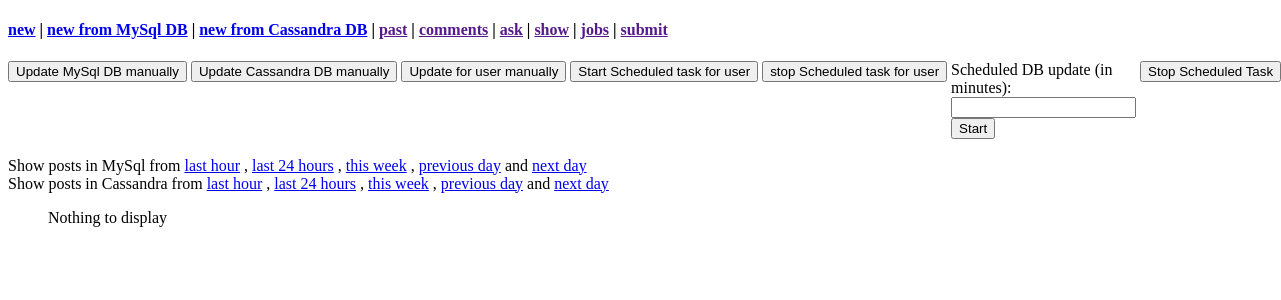
Repository: akshatmaheshwar/HackerNews-Clone
Page: http://localhost/HackerNews/dbnewest
These files come from the project's save history. The page is drawn as it stood at one moment and after the next save; the edit follows.
The browser window is 1280 px wide. The page is 1281 px wide, so the pictures cover 1281 px, including what lies to the right of the window. The pictures show the whole page.
The page is served by Tomcat 10. Other server files are loaded and not shown. Queries for data that is not in the repository find no rows.

Above is the page before, as saved 2023-10-19 05:51:56.

### HackerNews/src/main/webapp/newest.jsp
<%@ page language="java" contentType="text/html; charset=ISO-8859-1"
    pageEncoding="ISO-8859-1"%>
    <%@ page import="java.util.ArrayList" %>
    <%@ page import="java.util.Iterator" %>
    <%@ page import="java.net.URI" %>
    <%@ page import="java.util.Calendar"%>
    <%@ page import="com.example.newest.Posts" %>
<!DOCTYPE html>
<html>
<head>
<meta charset="ISO-8859-1">
<title>Hacker News</title>
</head>
<body>
<%!
String timeDiff(Long timeStamp){
	long epoch = System.currentTimeMillis()/1000;
	long difference = epoch - timeStamp;
	if(difference/86400>0)return (difference/86400) + " days ago";
	if(difference/3600>0) return (difference/3600) + " hours ago";
	if (difference/60>0) return (difference/60) + " minutes ago";
	return (difference) + " seconds ago";
}
String getDomainName(String url){
	URI uri;
	try{
		uri = new URI(url);
		String host = uri.getHost();
		String domainName = host.startsWith("www.") ? host.substring(4) : host;
		return "(" + domainName + ")";
	}catch(Exception e){

	}
	return "";
}
long getTimeStampLastHour(){
	Calendar c = Calendar.getInstance();
	c.setTimeInMillis(System.currentTimeMillis());
	c.add(Calendar.HOUR_OF_DAY,-1);
	return c.getTimeInMillis()/1000;
}
long getTimeStampLast24Hour(){
	Calendar c = Calendar.getInstance();
	c.setTimeInMillis(System.currentTimeMillis());
	c.add(Calendar.DAY_OF_MONTH,-1);
	return c.getTimeInMillis()/1000;
}
long getTimeStampThisWeek(){
	Calendar c = Calendar.getInstance();
	c.setTimeInMillis(System.currentTimeMillis());
    int daysUntilSunday = Calendar.SUNDAY - c.get(Calendar.DAY_OF_WEEK);
    daysUntilSunday = daysUntilSunday>0? daysUntilSunday - 7:daysUntilSunday;
    c.add(Calendar.DAY_OF_MONTH, daysUntilSunday);
    c.set(Calendar.HOUR_OF_DAY, 0);
    c.set(Calendar.MINUTE, 0);
    c.set(Calendar.SECOND, 0);
    c.set(Calendar.MILLISECOND, 0);
	return c.getTimeInMillis()/1000;
}
long getMidNight(int n){
	Calendar c = Calendar.getInstance();
	c.setTimeInMillis(System.currentTimeMillis());
	c.add(Calendar.DAY_OF_MONTH, n);
    c.set(Calendar.HOUR_OF_DAY, 0);
    c.set(Calendar.MINUTE, 0);
    c.set(Calendar.SECOND, 0);
    c.set(Calendar.MILLISECOND, 0);
	return c.getTimeInMillis()/1000;
}
%>
<h4> <a href ="newest">new</a>&nbsp;|&nbsp;<a href ="dbnewest">new from MySql DB</a>&nbsp;|&nbsp;<a href ="casdbnewest">new from Cassandra DB</a>&nbsp;|&nbsp;<a href ="">past</a>&nbsp;|&nbsp;<a href ="">comments</a>&nbsp;|&nbsp;<a href ="">ask</a>&nbsp;|&nbsp;<a href ="">show</a>&nbsp;|&nbsp;<a href ="">jobs</a>&nbsp;|&nbsp;<a href ="">submit</a></h4>
<% int startNo = 1;
int dateNav = 0;
String user = null;
if(request.getAttribute("pagination")!=null)startNo = (int)request.getAttribute("pagination")-29;
if(request.getAttribute("datenav")!=null)dateNav = (int)request.getAttribute("datenav");
if(request.getAttribute("user")!=null) user = (String)request.getAttribute("user");%>
	<div style="display: flex;">
	<form action="dbnewest" method="post"><input type="submit" value="Update MySql DB manually"></form> &nbsp; &nbsp;
	<form action="casdbnewest" method="post"><input type="submit" value="Update Cassandra DB manually"></form> &nbsp; &nbsp;
	<form action="casdbbasedonuser?user=<%=user%>" method="post"><input type="submit" value="Update for user manually"></form> &nbsp; &nbsp;
	<form action="scheduleddbupdatebyuser?user=<%=user%>" method="post"><input type="submit" value="Start Scheduled task for user"></form> &nbsp; &nbsp;
	<form action="stopscheduleddbupdatebyuser?user=<%=user%>" method="post"><input type="submit" value="stop Scheduled task for user"></form> &nbsp; &nbsp;
	<form action="scheduledservlet" method="post">
        Scheduled DB update (in minutes): <input type="text" name="intervalMinutes" required>
        <input type="submit" value="Start">
    </form> &nbsp; &nbsp;
    <form action="stopscheduledservlet" method="post"><input type="submit" value="Stop Scheduled Task"></form></div>

    <br>
    <div>Show posts in MySql from <a href = "dbnewest?fromtime=<%=getTimeStampLastHour()%>">last hour</a> , <a href = "dbnewest?fromtime=<%=getTimeStampLast24Hour()%>">last 24 hours</a> , <a href = "dbnewest?fromtime=<%=getTimeStampThisWeek()%>">this week</a> , <a href = "dbnewest?fromtime=<%=getMidNight(dateNav-1)%>&totime=<%=getMidNight(dateNav)%>&datenav=<%=dateNav-1%>">previous day</a> and <a href = "dbnewest?fromtime=<%=getMidNight(dateNav+1)%>&totime=<%=getMidNight(dateNav+2)%>&datenav=<%=dateNav+1%>">next day</a></div>
    <div>Show posts in Cassandra from <a href = "casdbnewest?fromtime=<%=getTimeStampLastHour()%>">last hour</a> , <a href = "casdbnewest?fromtime=<%=getTimeStampLast24Hour()%>">last 24 hours</a> , <a href = "casdbnewest?fromtime=<%=getTimeStampThisWeek()%>">this week</a> , <a href = "casdbnewest?fromtime=<%=getMidNight(dateNav-1)%>&totime=<%=getMidNight(dateNav)%>&datenav=<%=dateNav-1%>">previous day</a> and <a href = "casdbnewest?fromtime=<%=getMidNight(dateNav+1)%>&totime=<%=getMidNight(dateNav+2)%>&datenav=<%=dateNav+1%>">next day</a></div>
<ol start = <%=startNo%>>
     <%
    ArrayList<Posts> postList = (ArrayList<Posts>)request.getAttribute("postList");

    if (postList != null&&!postList.isEmpty()) {
        Iterator<Posts> iterator = postList.iterator();
        while (iterator.hasNext()) {
            Posts item = iterator.next();
%>
            <li><span><a href ="<%=item.getUrl()%>"><%= item.getTitle() %></a> <%= getDomainName(item.getUrl())%> </span>
            <p><%=item.getScore()%> point &nbsp; Posted by <%=item.getBy() %> &nbsp; <%= timeDiff(item.getTime()) %><%if(item.getKids()!=null&&item.getKids().size()>0){%> &nbsp; <a href = "postcomments?postId=<%=item.getId()%>"> <%=item.getKids().size()%> comments</a><%}%></p></li>
<%
        }
    }else{%>
    <p>Nothing to display</p>
    <%
    }%>
</ol>
<%if(request.getAttribute("pagination")!=null&&postList!=null&&!postList.isEmpty()){%> <a href = "dbnewest?<%if(request.getAttribute("fromtime")!=null){%>fromtime=<%=request.getAttribute("fromtime")%>&<%}%><%if(request.getAttribute("totime")!=null){%>totime=<%=request.getAttribute("totime")%>&<%}%><%if(dateNav!=0){%>datenav=<%=dateNav%>&<%}%>pagination=${pagination}"> More</a><%} %>
</body>
</html>

### HackerNews/src/main/java/com/example/newest/DBNewestServlet.java
package com.example.newest;

import jakarta.servlet.ServletException;
import jakarta.servlet.annotation.WebServlet;
import jakarta.servlet.http.HttpServlet;
import jakarta.servlet.http.HttpServletRequest;
import jakarta.servlet.http.HttpServletResponse;
import java.io.IOException;
import java.math.BigDecimal;
import java.net.URL;
import java.sql.Connection;
import java.sql.DriverManager;
import java.sql.PreparedStatement;
import java.sql.ResultSet;
import java.sql.SQLException;
import java.sql.Statement;
import java.sql.Timestamp;
import java.time.Instant;
import java.util.ArrayList;
import java.util.List;
import java.util.Scanner;

import javax.net.ssl.HttpsURLConnection;

import com.fasterxml.jackson.databind.ObjectMapper;
@WebServlet("/dbnewest")
public class DBNewestServlet extends HttpServlet {
	private static final long serialVersionUID = 1L;

    public DBNewestServlet() {
        super();
    }
	protected void doGet(HttpServletRequest request, HttpServletResponse response) throws ServletException, IOException {
		int pagination = 0;
		long fromTime = 0;
		long toTime = System.currentTimeMillis()/1000;
		int dateNav = 0;
		if(request.getParameter("pagination")!=null)pagination = Integer.parseInt(request.getParameter("pagination"));
		if(request.getParameter("fromtime")!=null) {
			fromTime = Long.parseLong(request.getParameter("fromtime"));
			request.setAttribute("fromtime", fromTime);
		}
		if(request.getParameter("totime")!=null) {
			toTime = Long.parseLong(request.getParameter("totime"));
			request.setAttribute("totime", toTime);
		}
		if(request.getParameter("datenav")!=null)dateNav = Integer.parseInt(request.getParameter("datenav"));
	    try {
			Class.forName("com.mysql.cj.jdbc.Driver");
		} catch (ClassNotFoundException e) {
			e.printStackTrace();
		}
	    try(Connection con = DriverManager.getConnection("jdbc:mysql://localhost:3306/HackerNews","root","root")){
	    	Statement st = con.createStatement();
	    	ResultSet rs = st.executeQuery("SELECT * FROM HackerNewsPost WHERE time BETWEEN "+fromTime+" AND "+toTime+" ORDER BY time DESC LIMIT 30 OFFSET " + pagination );
	    	List<Posts> postList = new ArrayList<Posts>();
	    	while(rs.next()) {
	    		Posts post = new Posts();
	    		List<Integer> kidsId = new ArrayList<>();

	            try (Statement st1 = con.createStatement();
	                 ResultSet rs1 = st1.executeQuery("SELECT id FROM HackerNewsComments WHERE parent_id = " + rs.getInt("id"))) {

	                while (rs1.next()) {
	                    kidsId.add(rs1.getInt("id"));
	                }
	            }
	    		post.setKids(kidsId);
	    		post.setId(rs.getInt("id"));
	    		post.setBy(rs.getString("posted_by"));
	    		post.setDescendants(rs.getInt("descendants"));
	    		post.setScore(rs.getInt("score"));
	    		post.setText(rs.getString("text"));
	    		post.setTime(rs.getLong("time"));
	    		post.setTitle(rs.getString("title"));
	    		post.setType(rs.getString("type"));
	    		post.setUrl(rs.getString("url"));
	    		postList.add(post);
	    	}
	    	request.setAttribute("postList", postList);
	    }catch(Exception e) {e.printStackTrace();}
	    request.setAttribute("pagination", pagination+30);
	    request.setAttribute("datenav", dateNav);
        request.getRequestDispatcher("/newest.jsp").forward(request, response);

	}

	protected void doPost(HttpServletRequest request, HttpServletResponse response) throws ServletException, IOException {

		URL urlObj = new URL("https://hacker-news.firebaseio.com/v0/newstories.json?print=pretty");
		HttpsURLConnection connection = (HttpsURLConnection) urlObj.openConnection();
		connection.setRequestMethod("GET");
		int responseCode = connection.getResponseCode();

		if(responseCode == HttpsURLConnection.HTTP_OK) {
			StringBuilder sb = new StringBuilder();
			Scanner sc = new Scanner(connection.getInputStream());

			while(sc.hasNext())sb.append(sc.nextLine());
			sc.close();

			ObjectMapper om = new ObjectMapper();
			@SuppressWarnings("unchecked")
			List<Integer> jsonArr = om.readValue(sb.toString(),List.class);
			List<Posts> postList = new ArrayList<Posts>();

			for(int i=0;i<30;i++) {
				URL urlObj1 = new URL("https://hacker-news.firebaseio.com/v0/item/"+jsonArr.get(i)+".json?print=pretty");
				HttpsURLConnection connection1 = (HttpsURLConnection) urlObj1.openConnection();
				connection1.setRequestMethod("GET");
				int responseCode1 = connection1.getResponseCode();

				if(responseCode1 == HttpsURLConnection.HTTP_OK) {
					StringBuilder sb1 = new StringBuilder();
					Scanner sc1 = new Scanner(connection1.getInputStream());

					while(sc1.hasNext())sb1.append(sc1.nextLine());
					sc1.close();

					ObjectMapper om1 = new ObjectMapper();
					try{
						Posts post = om1.readValue(sb1.toString(),Posts.class);
						postList.add(post);
					}catch(Exception e) {
						System.out.println(e);
					}
				}
			}
			try {
			    Class.forName("com.mysql.cj.jdbc.Driver");
			} catch (ClassNotFoundException e) {
			    e.printStackTrace();
			}
			try(Connection con = DriverManager.getConnection("jdbc:mysql://localhost:3306/HackerNews","root","root")){
				try(PreparedStatement pst = con.prepareStatement("INSERT IGNORE INTO HackerNewsPost(id,posted_by,descendants,score,text,time,title,type,url) values(?,?,?,?,?,?,?,?,?)")){
					for(Posts post : postList) {
						pst.setInt(1, post.getId());
						pst.setString(2, post.getBy());
						pst.setInt(3, post.getDescendants());
						pst.setInt(4, post.getScore());
						pst.setString(5, post.getText());
						pst.setBigDecimal(6, new BigDecimal(post.getTime()));
						pst.setString(7,post.getTitle());
						pst.setString(8, post.getType());
						pst.setString(9,post.getUrl());
						pst.executeUpdate();
					}
					System.out.println("Updated DB successfully!");
				}catch(Exception e) {e.printStackTrace();}
			}catch(Exception e) {e.printStackTrace();}
			request.setAttribute("postList", postList);
			request.getRequestDispatcher("/comments").forward(request, response);
//			response.sendRedirect("dbnewest");
		}
	}

}

After the next save:
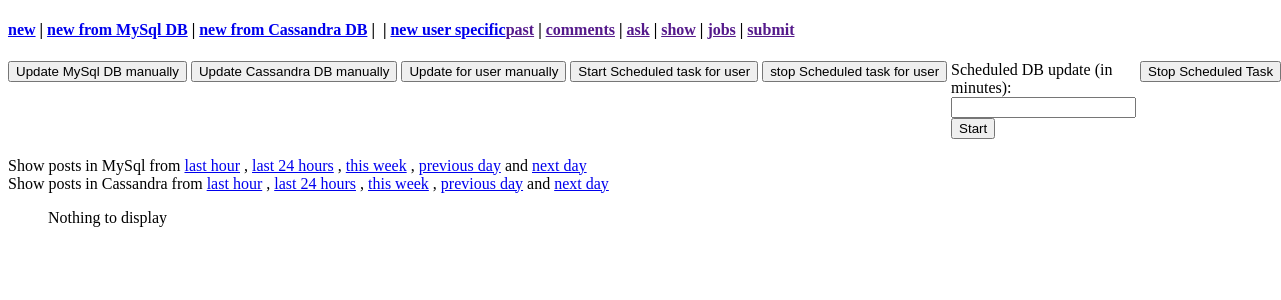
Saved 7 min 37 s later.
--- a/HackerNews/src/main/webapp/newest.jsp
+++ b/HackerNews/src/main/webapp/newest.jsp
@@ -68,13 +68,13 @@ long getMidNight(int n){
 	return c.getTimeInMillis()/1000;
 }
 %>
-<h4> <a href ="newest">new</a>&nbsp;|&nbsp;<a href ="dbnewest">new from MySql DB</a>&nbsp;|&nbsp;<a href ="casdbnewest">new from Cassandra DB</a>&nbsp;|&nbsp;<a href ="">past</a>&nbsp;|&nbsp;<a href ="">comments</a>&nbsp;|&nbsp;<a href ="">ask</a>&nbsp;|&nbsp;<a href ="">show</a>&nbsp;|&nbsp;<a href ="">jobs</a>&nbsp;|&nbsp;<a href ="">submit</a></h4>
 <% int startNo = 1;
 int dateNav = 0;
 String user = null;
 if(request.getAttribute("pagination")!=null)startNo = (int)request.getAttribute("pagination")-29;
 if(request.getAttribute("datenav")!=null)dateNav = (int)request.getAttribute("datenav");
 if(request.getAttribute("user")!=null) user = (String)request.getAttribute("user");%>
+<h4> <a href ="newest">new</a>&nbsp;|&nbsp;<a href ="dbnewest">new from MySql DB</a>&nbsp;|&nbsp;<a href ="casdbbasedonuser?user=<%=user%>">new from Cassandra DB</a>&nbsp;|&nbsp;&nbsp;|&nbsp;<a href ="casdbnewest">new user specific</a><a href ="">past</a>&nbsp;|&nbsp;<a href ="">comments</a>&nbsp;|&nbsp;<a href ="">ask</a>&nbsp;|&nbsp;<a href ="">show</a>&nbsp;|&nbsp;<a href ="">jobs</a>&nbsp;|&nbsp;<a href ="">submit</a></h4>
 	<div style="display: flex;">
 	<form action="dbnewest" method="post"><input type="submit" value="Update MySql DB manually"></form> &nbsp; &nbsp;
 	<form action="casdbnewest" method="post"><input type="submit" value="Update Cassandra DB manually"></form> &nbsp; &nbsp;
